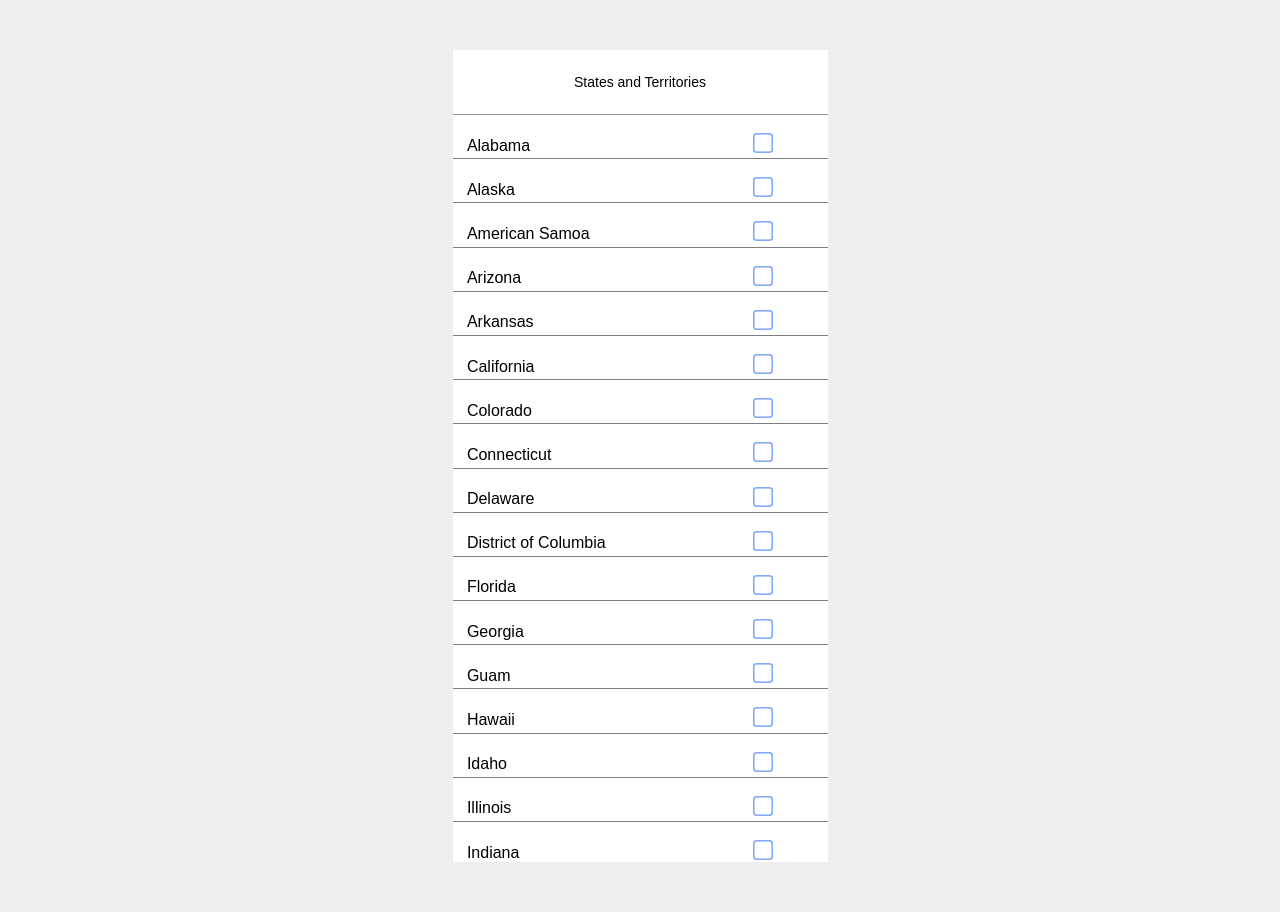
Repository: zitac234/codingTest
Page: /
An editor plug-in stored every save of this project. The page is shown before and after the next save, followed by the edit.
The browser window is 1280 px wide. The pictures show the whole page.
The project was rebuilt for these pictures with package versions that can differ from the ones it lists, and the page was loaded fresh each time.

Above is the page before, as saved 2021-03-31 15:26:14.

### src/index.css
body {
  margin: 0;
  font-family: 'Arial', sans-serif;
  -webkit-font-smoothing: antialiased;
  -moz-osx-font-smoothing: grayscale;
  background-color: #eee;
}

### src/Header.js
import "./Header.css";

export function Header() {
  return (
    <header className="header">
      <span className="title">States and Territories</span>
    </header>
  );
}

### src/List.js
import { Fragment } from "react";
import { Checkbox } from "./Checkbox";
import "./List.css";
export function List(props) {
  return (
    <div className="list">
      {props.items.map((item) => (
        <Fragment key={item}>
          <div className='line'>
            <div className='state'>{item}</div><div className='checkbox'><Checkbox/></div><br />
          {/* You also have <Checkbox selected={false} /> */}
          </div>
          </Fragment>
      ))}
    </div>
  );
}

### src/_data.js
export const data = [
  "Alabama",
  "Alaska",
  "American Samoa",
  "Arizona",
  "Arkansas",
  "California",
  "Colorado",
  "Connecticut",
  "Delaware",
  "District of Columbia",
  "Florida",
  "Georgia",
  "Guam",
  "Hawaii",
  "Idaho",
  "Illinois",
  "Indiana",
  "Iowa",
  "Kansas",
  "Kentucky",
  "Louisiana",
  "Maine",
  "Maryland",
  "Massachusetts",
  "Michigan",
  "Minnesota",
  "Mississippi",
  "Missouri",
  "Montana",
  "Nebraska",
  "Nevada",
  "New Hampshire",
  "New Jersey",
  "New Mexico",
  "New York",
  "North Carolina",
  "North Dakota",
  "Northern Mariana Islands",
  "Ohio",
  "Oklahoma",
  "Oregon",
  "Pennsylvania",
  "Puerto Rico",
  "Rhode Island",
  "South Carolina",
  "South Dakota",
  "Tennessee",
  "Texas",
  "Utah",
  "Vermont",
  "Virgin Islands",
  "Virginia",
  "Washington",
  "West Virginia",
  "Wisconsin",
  "Wyoming"
]

### src/Header.css
.header {
  width: 100%;
  font-size: 14px;
  display: flex;
  border-bottom: 1px solid #979797;
}

.title {
  line-height: 24px;
  margin: 20px auto;
}

### src/Checkbox.js
import selected from "./Checkbox-Filled.svg";
import unselected from "./Checkbox-Empty.svg";

export function Checkbox(props) {
  return (
    <img
      width={20}
      height={20}
      src={props.selected ? selected : unselected}
      alt={`Checkbox ${selected ? "selected" : "unselected"}`}
    />
  );
}

### src/List.css
.list {
  flex: 1;
  overflow: auto;
}
.line{
  height: 3vh;
  margin-top: 3vh;
  border-bottom: 1px solid gray;
}
.checkbox{
  margin-left: 80%;
  margin-top: -3vh;
}
.state{
  margin-left: 2vh;
}

Loaded but not shown: public/index.html (common file); src/index.js (common file); src/App.js (common file); src/App.css (common file)

After the next save:
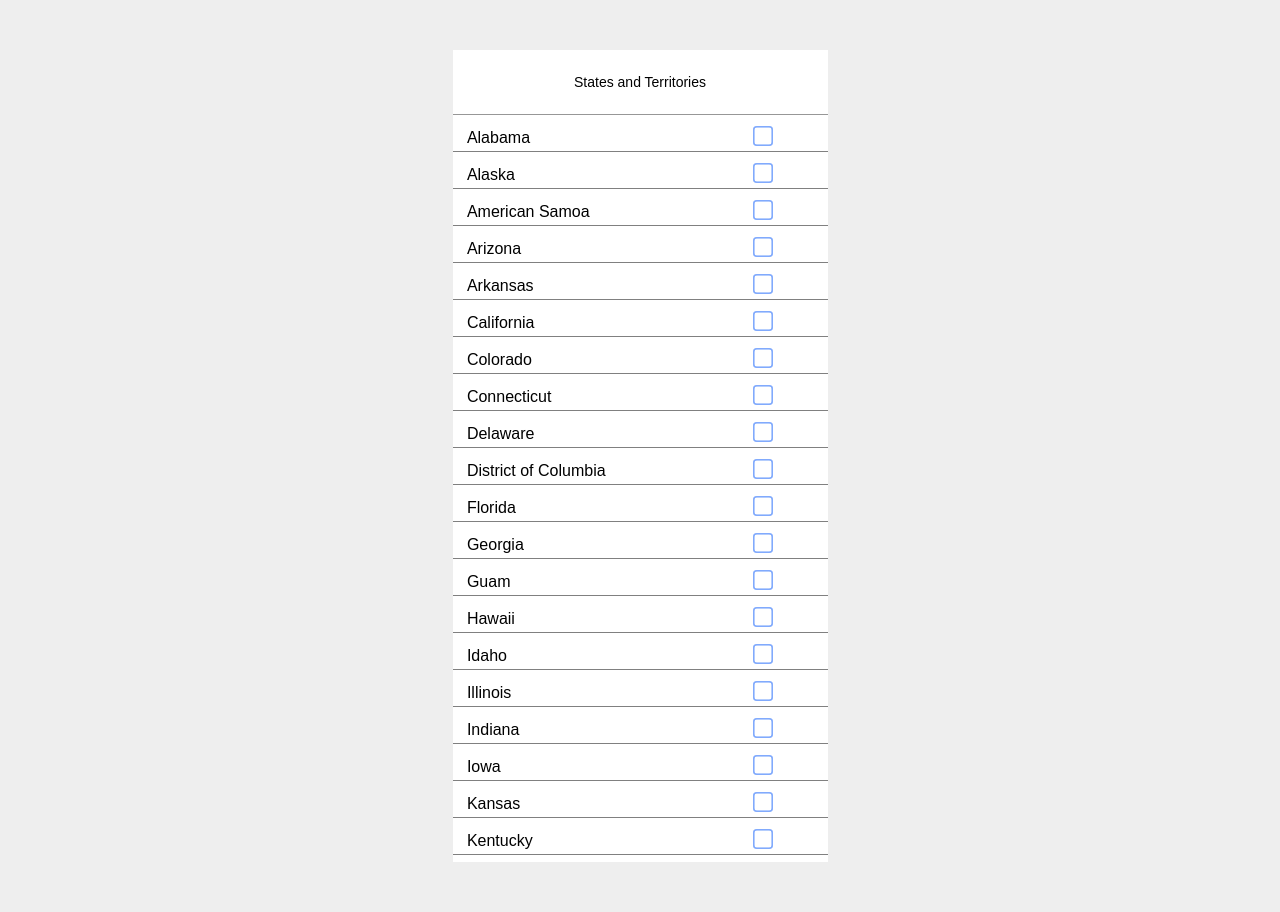
Saved 24 s later.
--- a/src/List.css
+++ b/src/List.css
@@ -4,7 +4,7 @@
 }
 .line{
   height: 3vh;
-  margin-top: 3vh;
+  margin-top: 2vh;
   border-bottom: 1px solid gray;
 }
 .checkbox{
